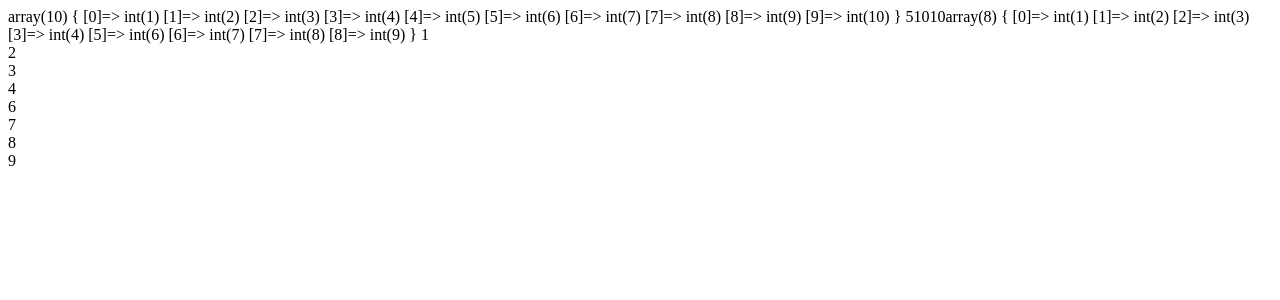
Repository: motiejus1/09-paskaita-PHP-05.31
Page: http://localhost/masyvoelementutrynimas.php
These files come from the project's save history. The page is drawn as it stood at one moment and after a run of saves; the edit follows.
The browser window is 1280 px wide. The pictures show the whole page.
The page is run by PHP 8.4 with error messages shown; the project is at /var/www/html/.

Above is the page before, as saved 2021-08-04 18:38:30.

After the next 3 saves:
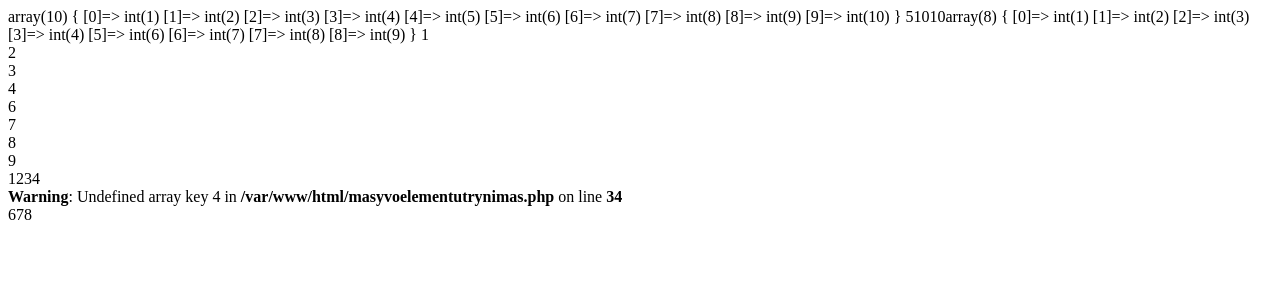
The 3 saves are shown as one change because they came seconds apart.
The last was saved 10 s later.
--- a/masyvoelementutrynimas.php
+++ b/masyvoelementutrynimas.php
@@ -31,6 +31,7 @@ foreach ($masyvas as $elementas) {
 //for
 
 for($i=0; $i< count($masyvas); $i++) {
+    echo $masyvas[$i];
 
 }
 
